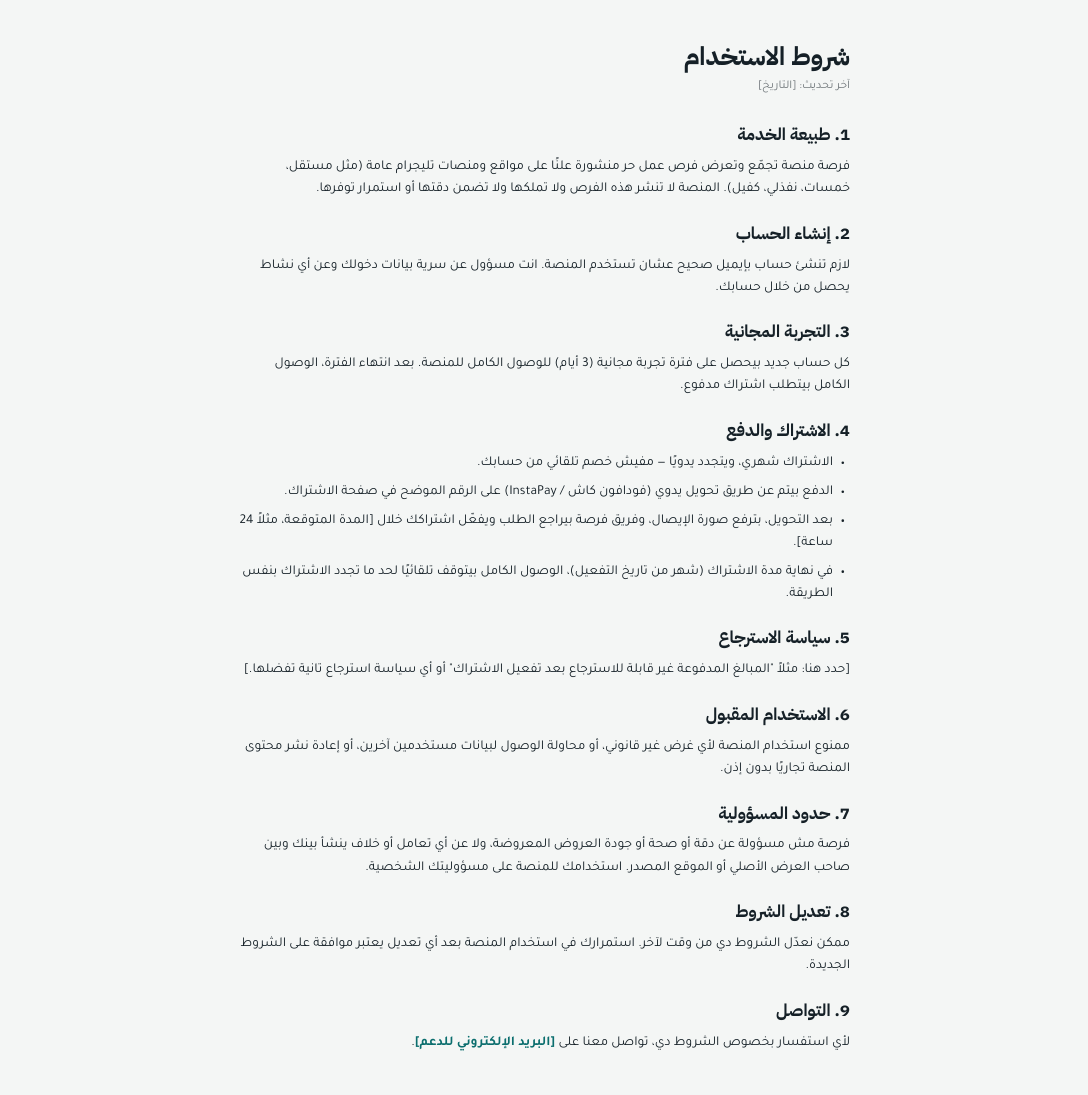
Repository: Omrtyurke123/forsa
Page: /terms
An editor plug-in stored every save of this project. The page is shown before and after the next save, followed by the edit.
The browser window is 1280 px wide. The pictures show the whole page, at 85% of full size.
The project was rebuilt for these pictures with package versions that can differ from the ones it lists, and the page was loaded fresh each time. The framework's server and built-in components were replaced by stand-ins that run in the browser. Also part of the build but not shown: next.config.mjs.

Above is the page before, as saved 2026-10-13 20:47:29.

After the next save:
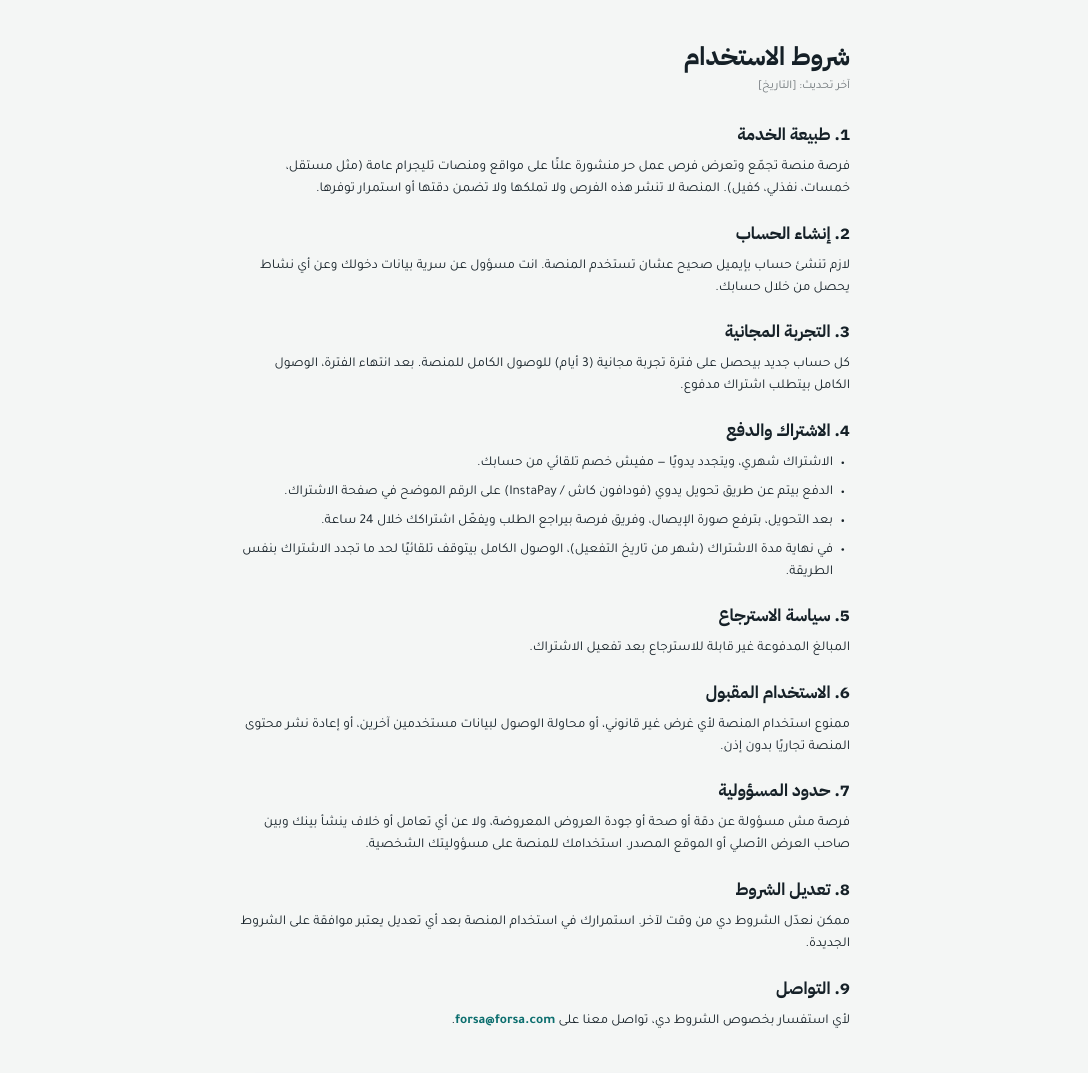
Saved 8 s later.
--- a/app/terms/page.js
+++ b/app/terms/page.js
@@ -43,7 +43,7 @@
           </li>
           <li>
             بعد التحويل، بترفع صورة الإيصال، وفريق فرصة بيراجع الطلب ويفعّل
-            اشتراكك خلال [المدة المتوقعة، مثلاً 24 ساعة].
+            اشتراكك خلال 24 ساعة.
           </li>
           <li>
             في نهاية مدة الاشتراك (شهر من تاريخ التفعيل)، الوصول الكامل
@@ -55,8 +55,7 @@
       <section className="mb-6">
         <h2 className="font-bold text-xl mb-3">5. سياسة الاسترجاع</h2>
         <p>
-          [حدد هنا: مثلاً "المبالغ المدفوعة غير قابلة للاسترجاع بعد تفعيل
-          الاشتراك" أو أي سياسة استرجاع تانية تفضلها.]
+          المبالغ المدفوعة غير قابلة للاسترجاع بعد تفعيل الاشتراك.
         </p>
       </section>
 
@@ -89,8 +88,8 @@
         <h2 className="font-bold text-xl mb-3">9. التواصل</h2>
         <p>
           لأي استفسار بخصوص الشروط دي، تواصل معنا على{" "}
-          <a href="mailto:[البريد الإلكتروني للدعم]" className="text-teal font-bold">
-            [البريد الإلكتروني للدعم]
+          <a href="mailto:forsa@forsa.com" className="text-teal font-bold">
+            forsa@forsa.com
           </a>
           .
         </p>
